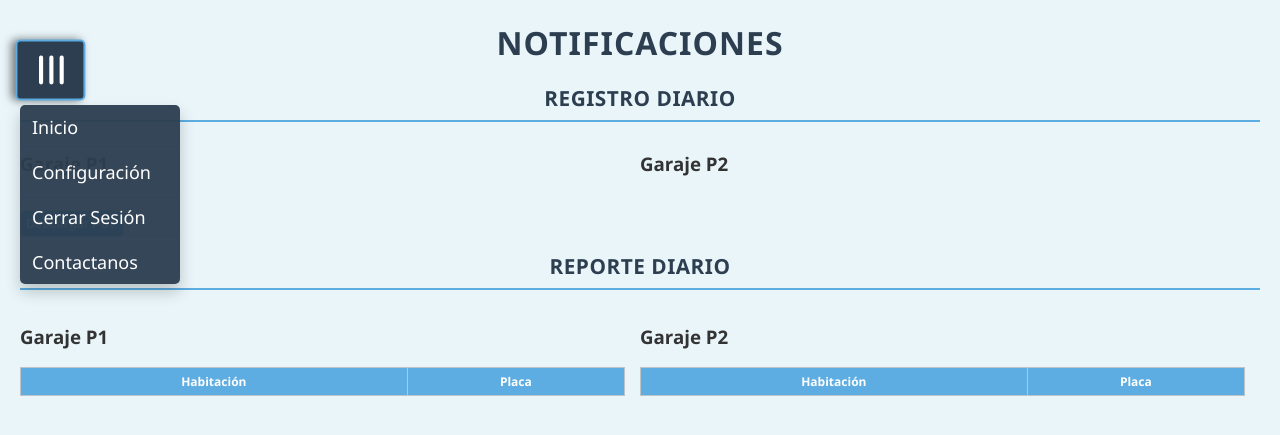
Repository: EddyWebz/base-datos
Page: privado/report.html
An editor plug-in stored every save of this project. The page is shown before and after the next save, followed by the edit.
The browser window is 1280 px wide. The pictures show the whole page.
After loading, the first visible `button.menu-icon` was clicked once.
The page's requests for data from a server got no answer.

Above is the page before, as saved 2024-08-29 19:51:25.

After the next save:
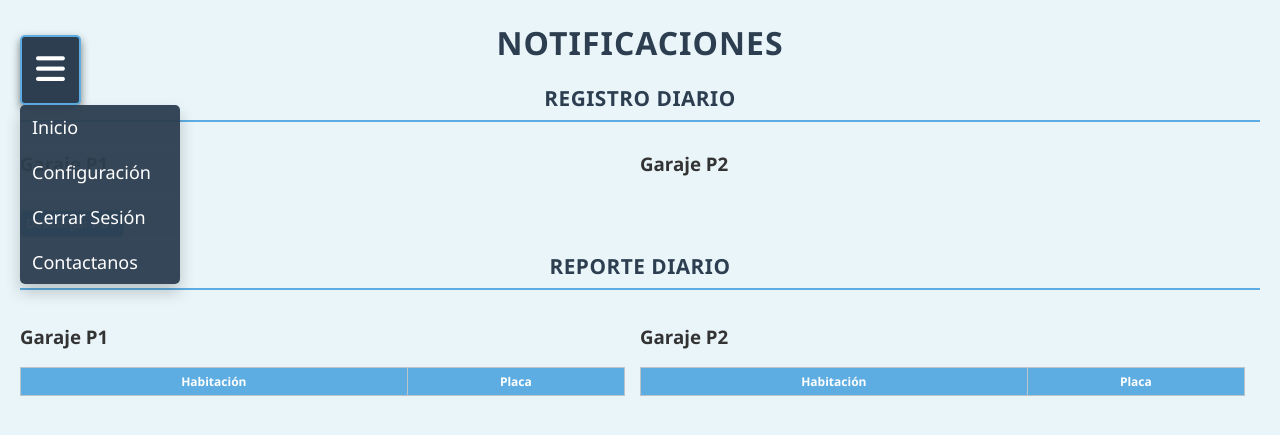
Saved 5 min 3 s later.
--- a/BASE-2/report.js
+++ b/BASE-2/report.js
@@ -36,15 +36,15 @@
     const menuIcon = document.querySelector('.menu-icon');
     const dropdownContent = document.querySelector('.dropdown-content');
 
-    menuIcon.addEventListener('click', () => {
-        dropdownContent.classList.toggle('show');
-        menuIcon.classList.toggle('open');
-    });
+    menuIcon.addEventListener('click', function() {
+        if (dropdownContent.classList.contains('show')) {
+            dropdownContent.classList.remove('show');
+            dropdownContent.classList.add('hide');
 
-    window.addEventListener('click', (e) => {
-        if (!menuIcon.contains(e.target) && !dropdownContent.contains(e.target)) {
-            dropdownContent.classList.remove('show');
-            menuIcon.classList.remove('open');
+
+        } else {
+            dropdownContent.classList.remove('hide');
+            dropdownContent.classList.add('show');
         }
     });
 });

After the save that followed:
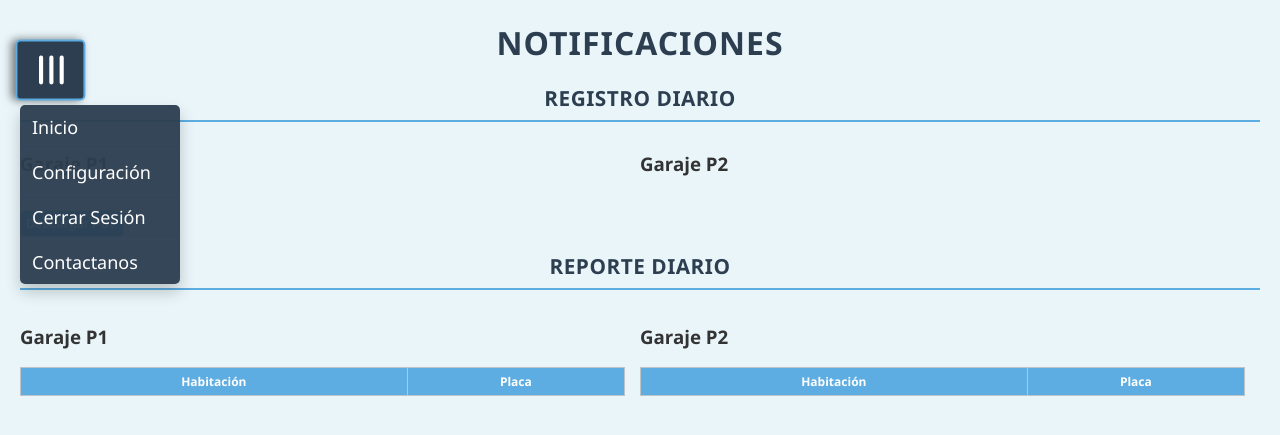
Saved 4 min 30 s later.
--- a/BASE-2/report.js
+++ b/BASE-2/report.js
@@ -36,15 +36,15 @@
     const menuIcon = document.querySelector('.menu-icon');
     const dropdownContent = document.querySelector('.dropdown-content');
 
-    menuIcon.addEventListener('click', function() {
-        if (dropdownContent.classList.contains('show')) {
+    menuIcon.addEventListener('click', () => {
+        dropdownContent.classList.toggle('show');
+        menuIcon.classList.toggle('open');
+    });
+
+    window.addEventListener('click', (e) => {
+        if (!menuIcon.contains(e.target) && !dropdownContent.contains(e.target)) {
             dropdownContent.classList.remove('show');
-            dropdownContent.classList.add('hide');
-
-
-        } else {
-            dropdownContent.classList.remove('hide');
-            dropdownContent.classList.add('show');
+            menuIcon.classList.remove('open');
         }
     });
 });
